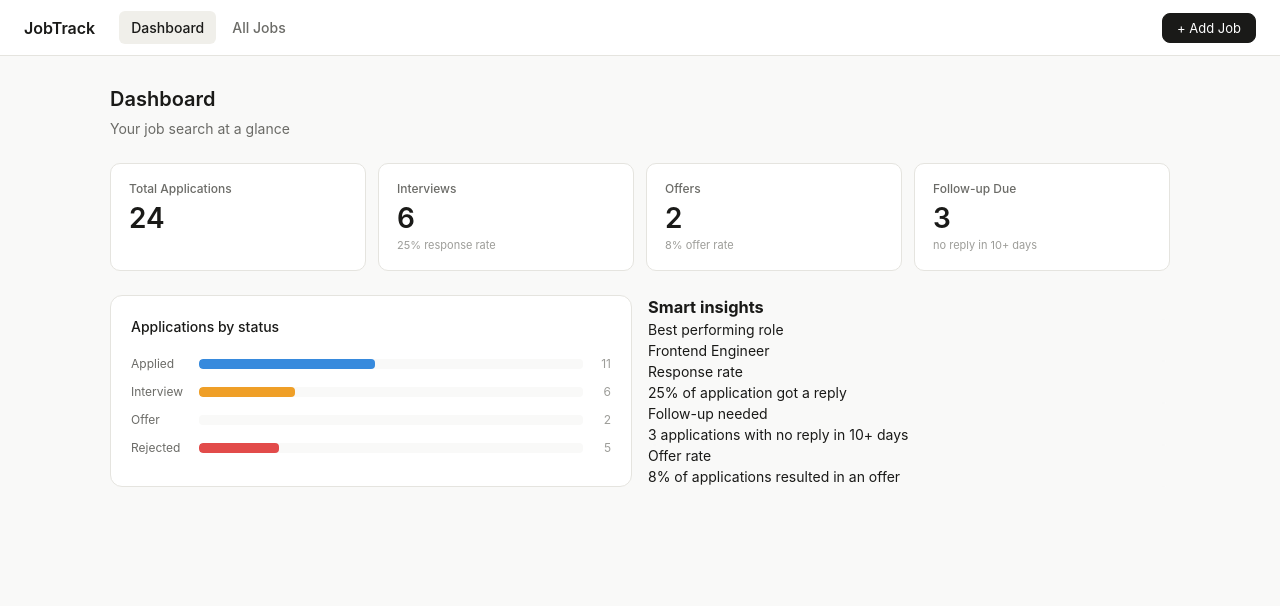
Repository: adtm0/jobtracker
Page: /dashboard (app in frontend/)
The author's editor kept a copy of each file at every save. The page is drawn from the files as they stood at one save, then again after a run of saves.
The browser window is 1280 px wide. The pictures show the whole page.
The project was rebuilt for these pictures with package versions that can differ from the ones it lists, and the page was loaded fresh each time. Also part of the build but not shown: frontend/vite.config.js, frontend/src/pages/Login.jsx, frontend/src/pages/Register.jsx, frontend/src/pages/Jobs.jsx, frontend/src/pages/JobForm.jsx.

Above is the page before, as saved 2026-04-19 21:40:49.

After the next 2 saves:
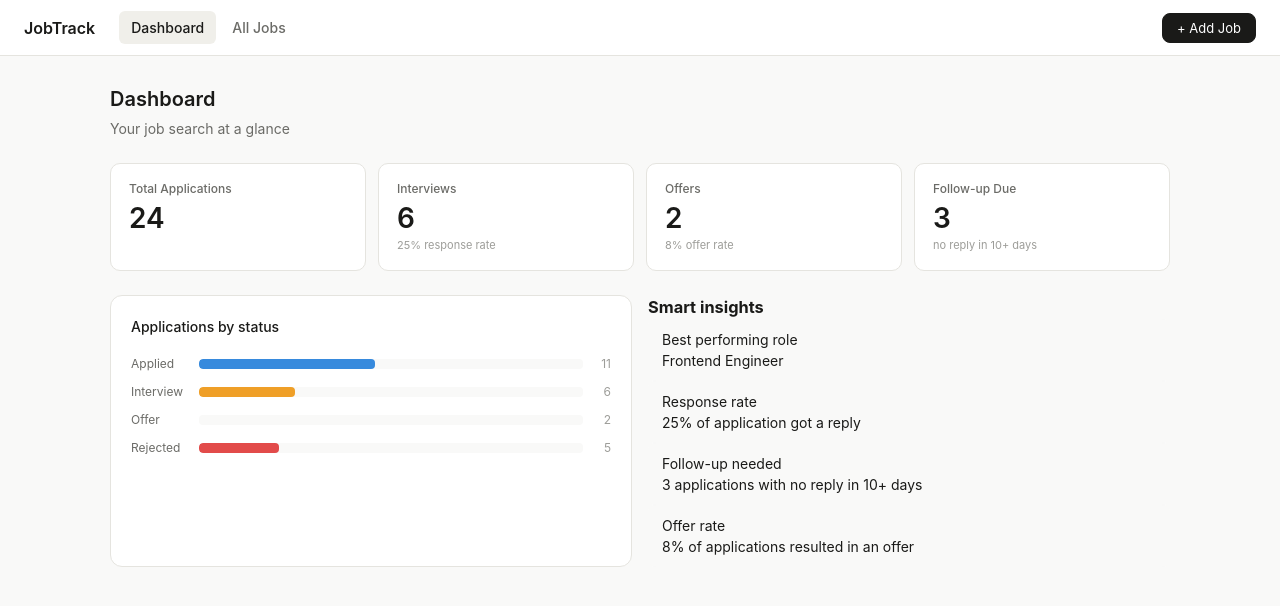
The 2 saves are shown as one change because 1 did not build or start.
The last was saved 9 s later.
--- a/frontend/src/pages/Dashboard.jsx
+++ b/frontend/src/pages/Dashboard.jsx
@@ -170,7 +170,7 @@ export default function Dashboard() {
               { label: 'Follow-up needed', value: `${stats.follow_up_due} applications with no reply in 10+ days`},
               { label: 'Offer rate', value: `${stats.offer_rate}% of applications resulted in an offer`},
             ].map(({ label, value }) => (
-              <div key={label} style={{background: '#f9f9f8', borderRadius: 8}}>
+              <div key={label} style={{background: '#f9f9f8', borderRadius: 8, padding: '10px 14px'}}>
                 <div>{label}</div>
                 <div>{value}</div>
               </div>
